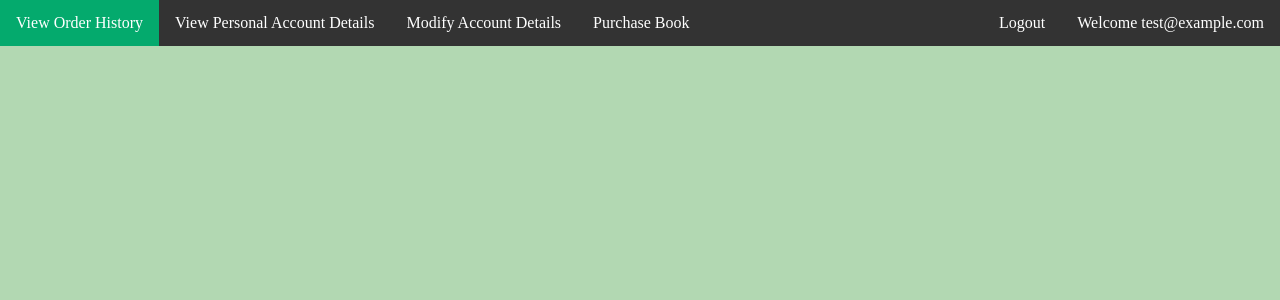
Repository: sach7691/original-book-store
Page: http://localhost/online-book-store-application/dashboard.jsp
The author's editor kept a copy of each file at every save. The page is drawn from the files as they stood at one save, then again after the next save.
The browser window is 1280 px wide. The pictures show the whole page.
The page is served by Tomcat 9. The session is filled in as if someone had signed in: {"email": "test@example.com"}. The template is opened directly, without the code that normally fills it, so the values that code supplies are empty.

Above is the page before, as saved 2022-08-25 18:21:24.

After the next save:
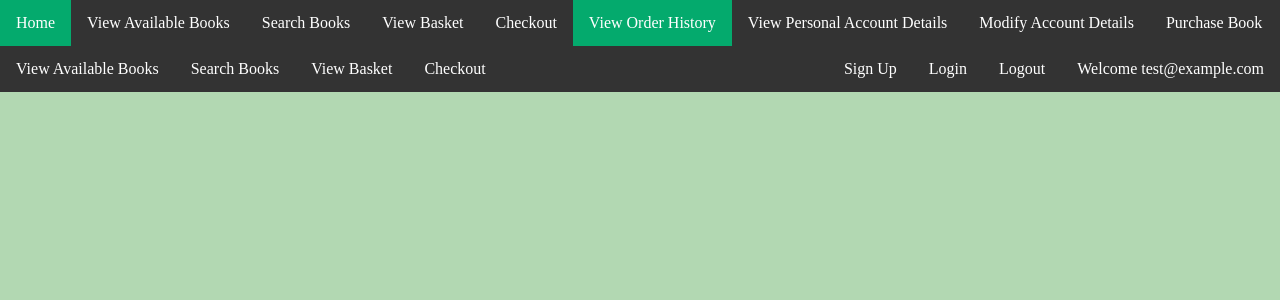
Saved 10 min 18 s later.
--- a/online-book-store-application/src/main/webapp/dashboard.jsp
+++ b/online-book-store-application/src/main/webapp/dashboard.jsp
@@ -64,12 +64,34 @@ ul.topnav li.right {float: right;}
 <form action="http://localhost:8080/online-book-store-application/LogoutCustomerServlet" method="GET">
 <div>
 <ul class="topnav">
+  <li><a class="active" href="welcome.jsp">Home</a></li>
+    <li><a href="http://localhost:8080/online-book-store-application/ViewBookServlet">View Available Books</a></li>
+  <li><a href="search_book.jsp">Search Books</a></li>
+  <li><a href="http://localhost:8080/online-book-store-application/BasketViewServlet">View Basket</a></li>
+   <li><a href="login.jsp">Checkout</a></li>
   <li><a class="active" href="">View Order History</a></li>
   <li><a href="">View Personal Account Details</a></li>
   <li><a href="">Modify Account Details</a></li>
   <li><a href="">Purchase Book</a></li>
   <li class="right"><a>Welcome ${email} </a></li>
   <li class="right"><a href="login.jsp">Logout</a></li>
+
+
+
+
+  <li><a href="http://localhost:8080/online-book-store-application/ViewBookServlet">View Available Books</a></li>
+  <li><a href="search_book.jsp">Search Books</a></li>
+  <li><a href="http://localhost:8080/online-book-store-application/BasketViewServlet">View Basket</a></li>
+   <li><a href="login.jsp">Checkout</a></li>
+  <li class="right"><a href="login.jsp">Login</a></li>
+  <li class="right"><a href="index.jsp">Sign Up</a></li>
+
+
+
+
+
+
+
 </ul>
 </div>
 </form>
